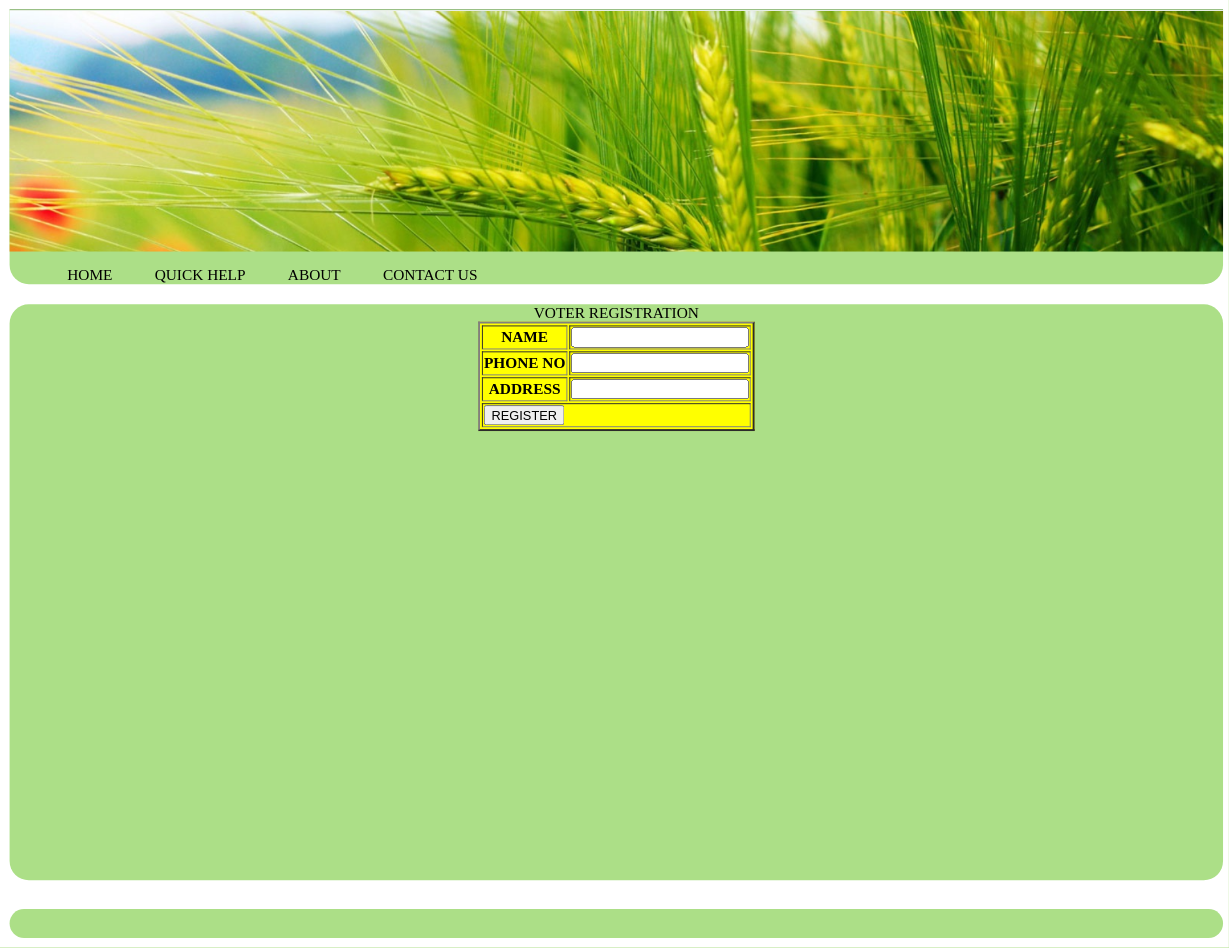
Repository: shivamtyagi1234/FarmoFriend
Page: http://localhost/FarmoFriend/QuickHelp.jsp
The author's editor kept a copy of each file at every save. The page is drawn from the files as they stood at one save, then again after the next save.
The browser window is 1280 px wide. The pictures show the whole page, at 96% of full size.
The page is served by Tomcat 9. Other server files are loaded and not shown.

Above is the page before, as saved 2019-11-03 07:59:25.

### FarmoFriend/WebContent/QuickHelp.jsp
<%@ page language="java" contentType="text/html; charset=ISO-8859-1"
    pageEncoding="ISO-8859-1"%>
<!DOCTYPE html PUBLIC "-//W3C//DTD HTML 4.01 Transitional//EN" "http://www.w3.org/TR/html4/loose.dtd">
<html>
<head>
<meta http-equiv="Content-Type" content="text/html; charset=ISO-8859-1">
<title>home</title>

<style type="text/css">
#main
{
width: 100%;
height: 100%;
border: 2px solid white;
}
#homeHead
{
background-color: #ACDF87;
border-radius:0px 0px 20px 20px;
}
#blank1
{
width: 100%;
height: 5px;
}
#homeBody
{
background-color: #ACDF87;
border-top:2px solid;
width: 100%;
height: 600px;
border: 2px;
border-color:limegreen;
border-radius:20px 20px 20px 20px;
}
#homeImage
{
height: 100%;
width: 50%;
}
#homeContent
{
height: 100%;
width: 50%;
}
#homeBody img
{
height:450px;
width:300px;
padding-left: 38%;
padding-top: 3%;
}
#QuickHelp
{
border:2px;
border-color: #ACDF87;
padding-top:1%;
padding-left: 45%;
padding-bottom:1%;
background-color: #ACDF87;
border-radius:0px 0px 20px 20px;
}
#blank2
{
width: 100%;
height:30px;
}
</style>
</head>
<body >
<div id="main">
<div id="homeHead">
<jsp:include page="header.jsp"></jsp:include>
</div>
<div id="blank1"></div>

<div id="homeBody">


<form action="QuickHelpProcess.jsp">

<table align="center" border="2" bgcolor="yellow">
<caption>VOTER REGISTRATION</caption>
<tr><th>NAME</th><td><input type="text" name="voterName" required></td></tr>
<tr><th>PHONE NO</th><td><input type="phone" name="phone" maxlength="10" required></td></tr>
<tr><th>ADDRESS</th><td><input type="text" name="address" required></td></tr>
<tr><td colspan="2"><input type="submit" value="REGISTER" align="center"></td></tr>
</table>



</form>


</div>
<div id="blank2"></div>
<div id="homeFoot">
<jsp:include page="footer.jsp"></jsp:include>
</div>
</div>
</body>
</html>

### FarmoFriend/WebContent/header.jsp
<%@ page language="java" contentType="text/html; charset=ISO-8859-1"
    pageEncoding="ISO-8859-1"%>
<!DOCTYPE html PUBLIC "-//W3C//DTD HTML 4.01 Transitional//EN" "http://www.w3.org/TR/html4/loose.dtd">
<head>
<meta http-equiv="Content-Type" content="text/html; charset=ISO-8859-1">
<title>result</title>
<style>
#header
{
height: 25%;
width: 100%;
}
#header ul
{
list-style-type: none;
}
#header ul li
{
display: inline;
margin-bottom: 10px;
padding: 20px;
}
#header ul li a
{
text-decoration: none;
color: black;
}
</style>
</head>
<body>
<div id="header">
	<img src="images\head.png" width="100%">
	<ul>
	<li><a href="home.jsp">HOME</a></li>
	<li><a href="QuickHelp.jsp">QUICK HELP</a></li>
	<li><a href="About.jsp">ABOUT</a></li>
	<li><a href="Contact.jsp">CONTACT US</a></li>
</ul>
</div>
</body>
</html>

### FarmoFriend/WebContent/footer.jsp
<%@ page language="java" contentType="text/html; charset=ISO-8859-1"
    pageEncoding="ISO-8859-1"%>
<!DOCTYPE html PUBLIC "-//W3C//DTD HTML 4.01 Transitional//EN" "http://www.w3.org/TR/html4/loose.dtd">
<html>
<head>
<meta http-equiv="Content-Type" content="text/html; charset=ISO-8859-1">

<title>FOOTER</title>
<style type="text/css">
#footer
{
width: 100%;
height: 30px;
background-color: #ACDF87;
border-radius:20px 20px 20px 20px;
}
</style>
</head>
<body>
<div id="footer">

</div>
</body>
</html>

After the next save:
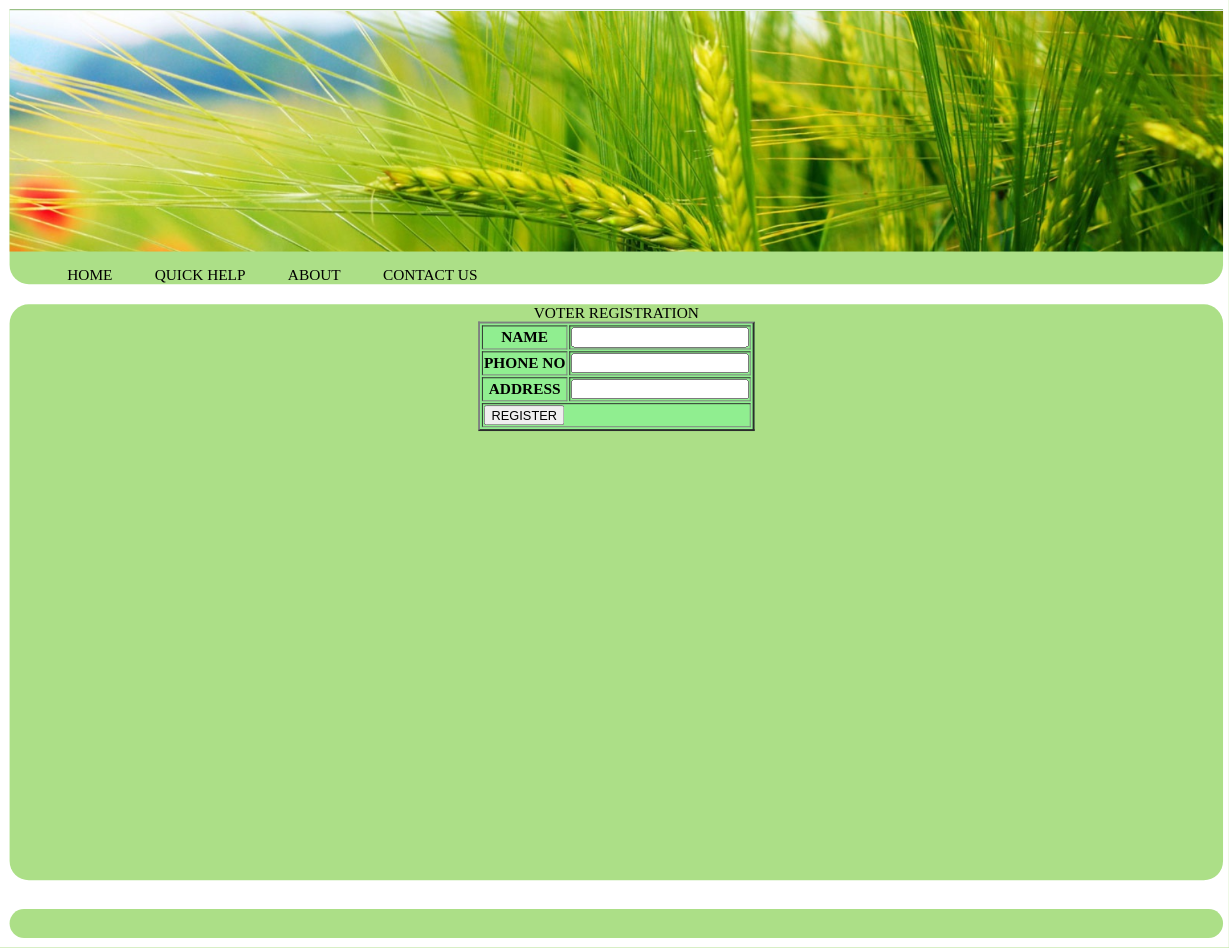
Saved 39 s later.
--- a/FarmoFriend/WebContent/QuickHelp.jsp
+++ b/FarmoFriend/WebContent/QuickHelp.jsp
@@ -79,7 +79,7 @@ height:30px;
 
 <form action="QuickHelpProcess.jsp">
 
-<table align="center" border="2" bgcolor="yellow">
+<table align="center" border="2" bgcolor="lightgreen">
 <caption>VOTER REGISTRATION</caption>
 <tr><th>NAME</th><td><input type="text" name="voterName" required></td></tr>
 <tr><th>PHONE NO</th><td><input type="phone" name="phone" maxlength="10" required></td></tr>
